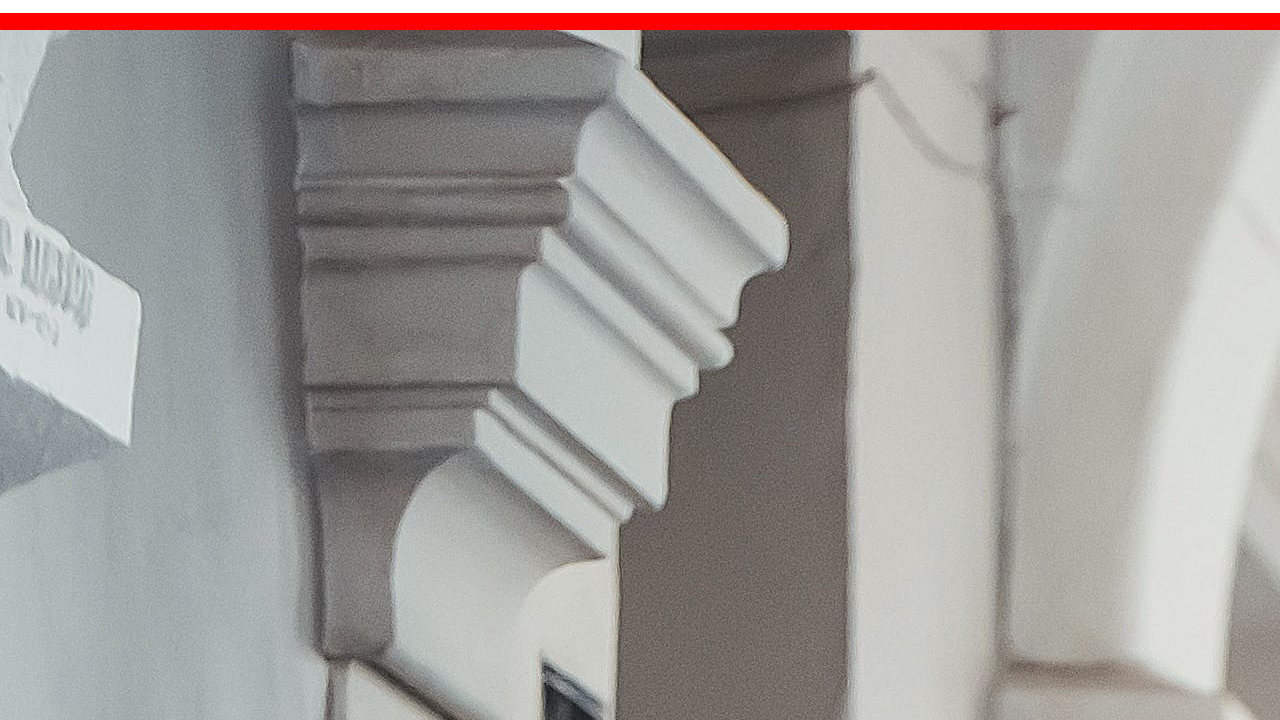
Repository: barabaaaara/samurai_HTML-CSS2
Page: home.html
The author's editor kept a record of every edit. The page is drawn from the files as they stood at one moment, then again after the next edit.
The browser window is 1280 px wide. The pictures show the window.
A layer covers the whole window, so only the first screen is drawn.

Above is the page before.

After the next edit:
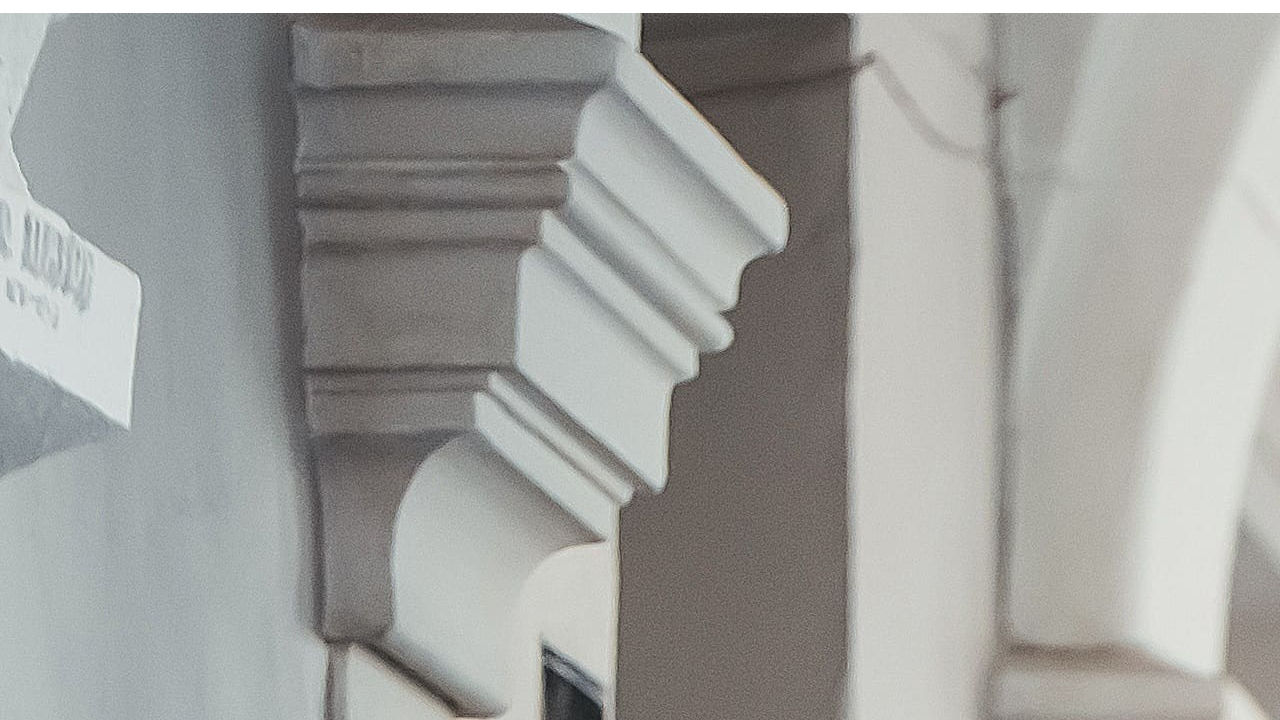
The edit:
--- a/stylesheet.css
+++ b/stylesheet.css
@@ -29,6 +29,20 @@
      top: 2000px;
             }
 
+/* -------------------- header -------------------- */
+header {
+    width: 100%;
+}
+header h1 {
+    margin: 0;
+    padding: 0;
+}
+corridor {
+    width: 100%;
+    height: auto;
+}
+
+
 footer {
     clear: both;
     width: 100%;
